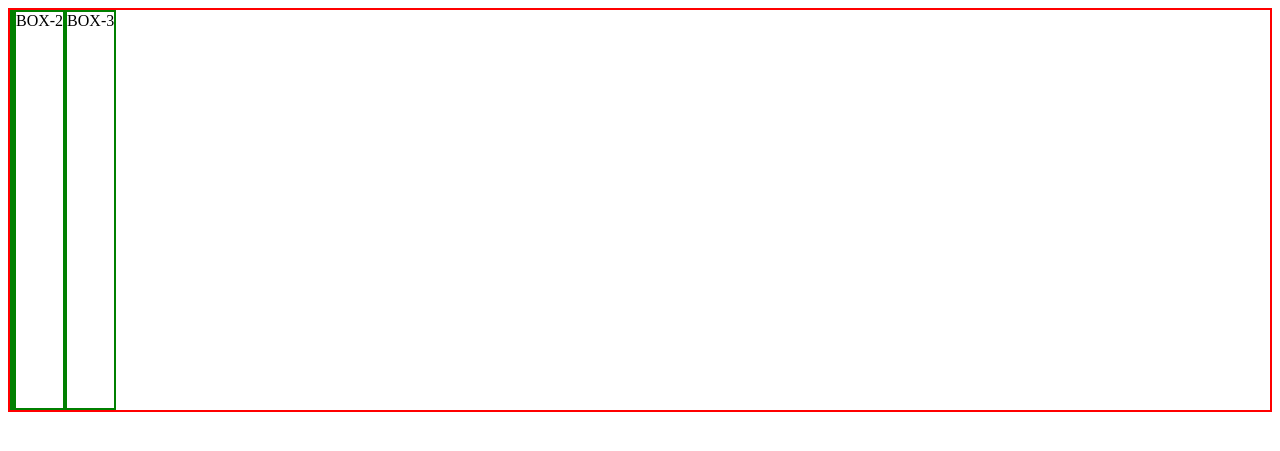
Repository: ARUN-YERRAM/HTMLLEARNING
Page: indxs.html
An editor plug-in stored every save of this project. The page is shown before and after the next save, followed by the edit.
The browser window is 1280 px wide. The pictures show the whole page.

Above is the page before, as saved 2024-01-26 22:11:02.

### indxs.html
<!DOCTYPE html>
<html lang="en">
<head>
    <meta charset="UTF-8">
    <meta name="viewport" content="width=device-width, initial-scale=1.0">
    <title>Document</title>
  <link rel="stylesheet" href="styless.css">
</head>
<body>

    <div class="container">
        <div class="box">
            <h1>

            </h1>

        </div>
        <div class="box">BOX-2</div>
        <div class="box">BOX-3</div>
        <!-- <div class="box">BOX-4</div> -->




    </div>
</body>
</html>

### styless.css
.container{
    height:400px;
    border:2px solid red;
    display: flex;
}

.box{
    border: 2px solid green;
    margin: 10px,0;
}

After the next save:
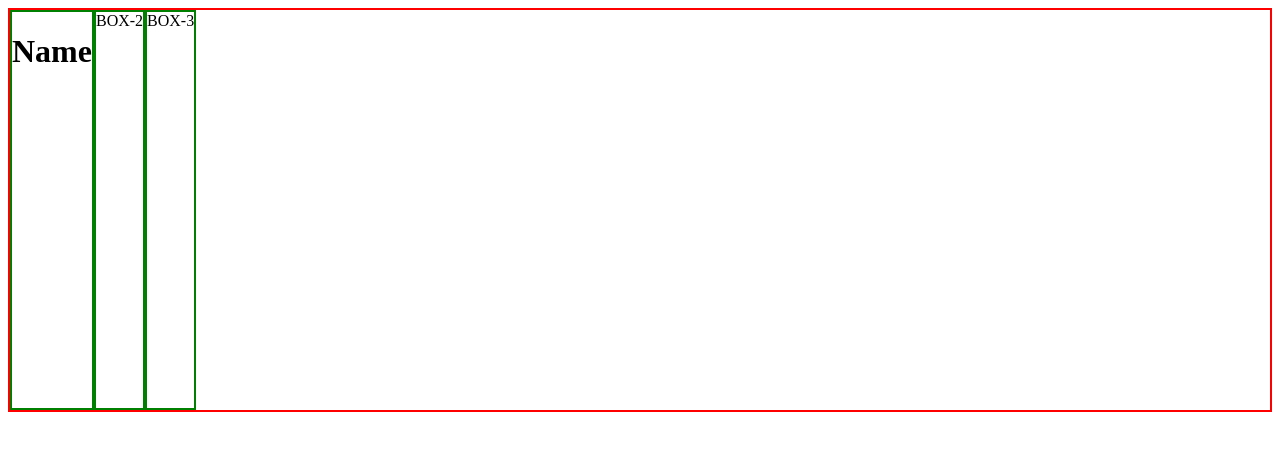
Saved 4 s later.
--- a/indxs.html
+++ b/indxs.html
@@ -11,7 +11,7 @@
     <div class="container">
         <div class="box">
             <h1>
-
+                Name
             </h1>
 
         </div>
